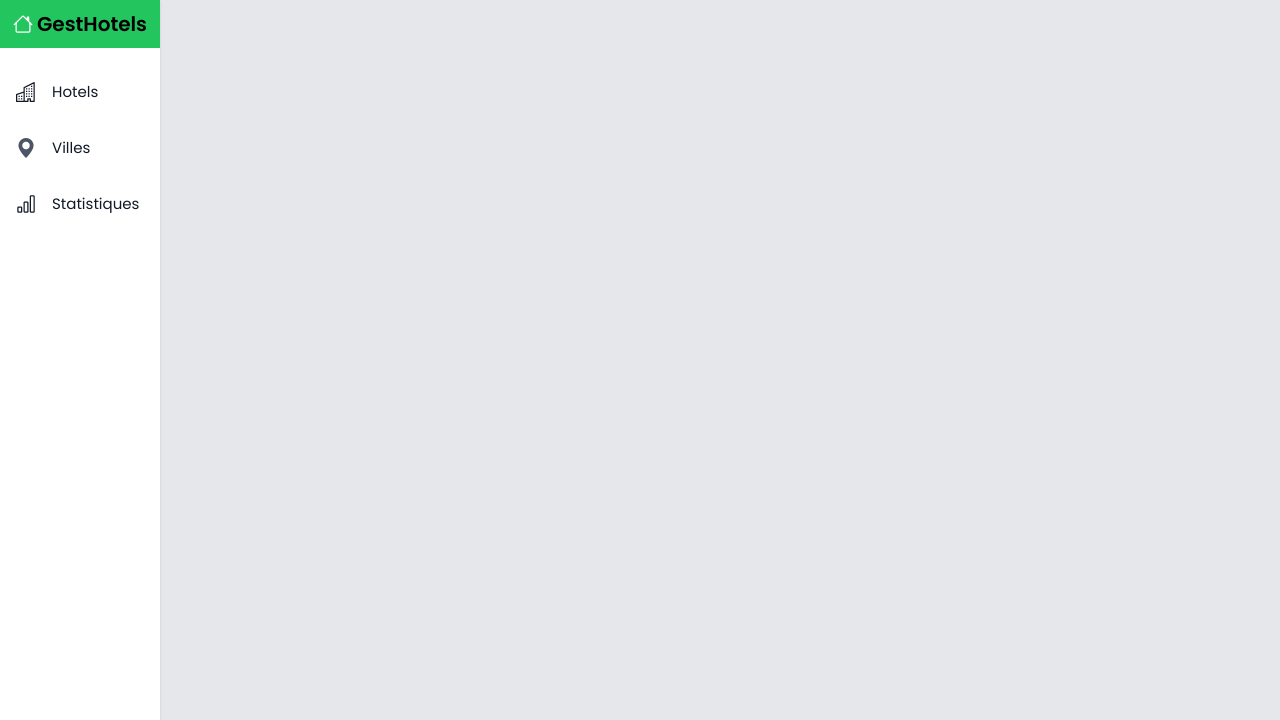
Repository: yahyamourid/GestHotelsEJB
Page: http://localhost/ISICEJBWeb/sidBar.jsp
An editor plug-in stored every save of this project. The page is shown before and after the next save, followed by the edit.
The browser window is 1280 px wide. The pictures show the whole page.
Some web libraries are served in a nearby version. The page is served by Tomcat 10. Nobody is signed in. The application's start-up code is not run. Other server files are loaded and not shown.

Above is the page before, as saved 2023-12-01 16:02:21.
Console error: TypeError: Cannot read properties of null (reading 'classList')

### ISICEJBWeb/src/main/webapp/sidBar.jsp
<%@page import="java.util.regex.Matcher"%>
<%@page import="java.util.regex.Pattern"%>
<%@ page language="java" contentType="text/html; charset=ISO-8859-1" pageEncoding="ISO-8859-1"%>


<!DOCTYPE html>
<html lang="en">

    <head>
        <meta charset="UTF-8">
        <meta http-equiv="X-UA-Compatible" content="IE=edge">
        <meta name="viewport" content="width=device-width, initial-scale=1.0">
        <title>sidebar</title>
        <script src="https://cdn.tailwindcss.com"></script>
        <!-- <script src="./tailwind3.js"></script> -->
        <link href="https://fonts.googleapis.com/css2?family=Poppins:wght@200;300;400;500;600;800&display=swap"
              rel="stylesheet">
        <link rel="stylesheet" href="https://cdn.jsdelivr.net/npm/bootstrap-icons@1.7.2/font/bootstrap-icons.css">

    </head>

    <body class=" font-[Poppins] bg-gray-200 ">
        <%
    String url = request.getRequestURL().toString();
    Pattern pattern = Pattern.compile("[^/]+\\.jsp");
    Matcher matcher = pattern.matcher(url);

    String nomFichierJSP = "";
    if (matcher.find()) {
        nomFichierJSP = matcher.group();
    }


%>

        <div class="sidebar  fixed top-0 bottom-0 lg:left-0 left-[-300px] duration-1000
               w-[160px] overflow-y-auto text-center  bg-white shadow h-screen">


            <div class=" text-xl">
                <div class="p-2.5  flex justify-center items-center  mb-5 bg-green-500 ">
                    <i class="bi bi-house text-white"></i>
                    <h1 class="ml-1 text-xl text-white-700 font-semibold">GestHotels</h1>
                </div>

                <div >

                    <div  class="p-2.5 mt-2 flex items-center  rounded-md px-4 <%if (nomFichierJSP.equals("hotel.jsp")){%>bg-sky-600 <%}%> duration-300  cursor-pointer  hover:bg-sky-600">
                        <i class="bi bi-building text-gray-900"></i>
                        <span class="text-[15px] ml-4 text-gray-900 "><a href="hotel.jsp">Hotels</a></span>
                    </div>

                    <div class="p-2.5 mt-2 flex items-center rounded-md px-4 <%if (nomFichierJSP.equals("ville.jsp")){%>bg-sky-600 <%}%>duration-300 cursor-pointer  hover:bg-sky-600">
                        <i class="bi bi-geo-alt-fill text-gray-600"></i>
                        <span class="text-[15px] ml-4 text-gray-900"><a href="ville.jsp">Villes</a></span>
                    </div>
                    <div class="p-2.5 mt-2 flex items-center rounded-md px-4 <%if (nomFichierJSP.equals("ville.jsp")){%>bg-sky-600 <%}%>duration-300 cursor-pointer  hover:bg-sky-600">
                        <i class="bi bi-bar-chart text-gray-900"></i>
                        <span class="text-[15px] ml-4 text-gray-900"><a href="ville.jsp">Statistiques</a></span>
                    </div>
                </div>
            </div>
        </div>

        <script>
            function dropDown() {
                document.querySelector('#submenu').classList.toggle('hidden')
                document.querySelector('#arrow').classList.toggle('rotate-0')
            }
            dropDown()

            function Openbar() {
                document.querySelector('.sidebar').classList.toggle('left-[-300px]')
            }
        </script>


    </body>

</html>

After the next save:
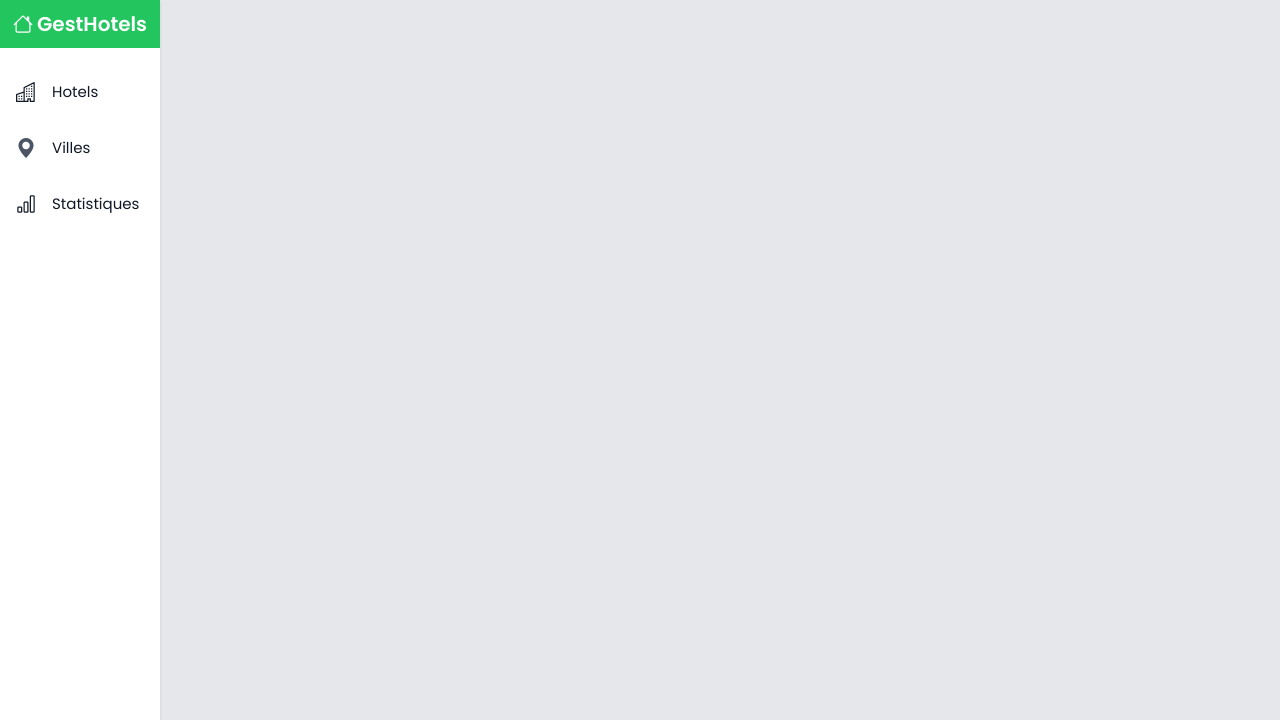
Saved 14 s later.
--- a/ISICEJBWeb/src/main/webapp/sidBar.jsp
+++ b/ISICEJBWeb/src/main/webapp/sidBar.jsp
@@ -40,7 +40,7 @@
             <div class=" text-xl">
                 <div class="p-2.5  flex justify-center items-center  mb-5 bg-green-500 ">
                     <i class="bi bi-house text-white"></i>
-                    <h1 class="ml-1 text-xl text-white-700 font-semibold">GestHotels</h1>
+                    <h1 class="ml-1 text-xl text-white font-semibold">GestHotels</h1>
                 </div>
 
                 <div >
